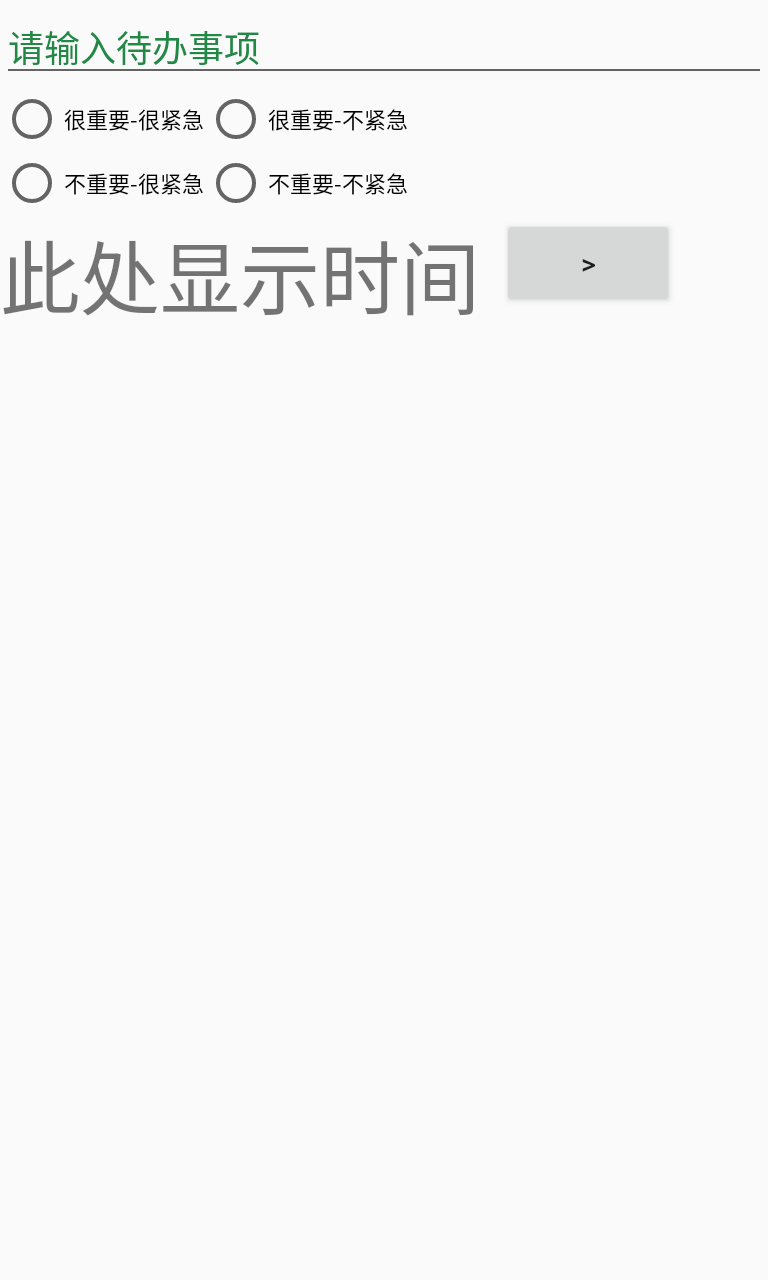
Repository: sh-zh-en/NBTodo
Layout: nbtodo/NBTodo/res/layout/addition_task_layout.xml
These files come from the project's save history. The layout is drawn as it stood at one moment and after the next save; the edit follows.
It is drawn on a 768 x 1280 px phone screen (xhdpi) without system bars, with theme AppTheme; the app's code is not run.

Above is the layout before, as saved 2015-02-12 17:41:56.

After the next save:
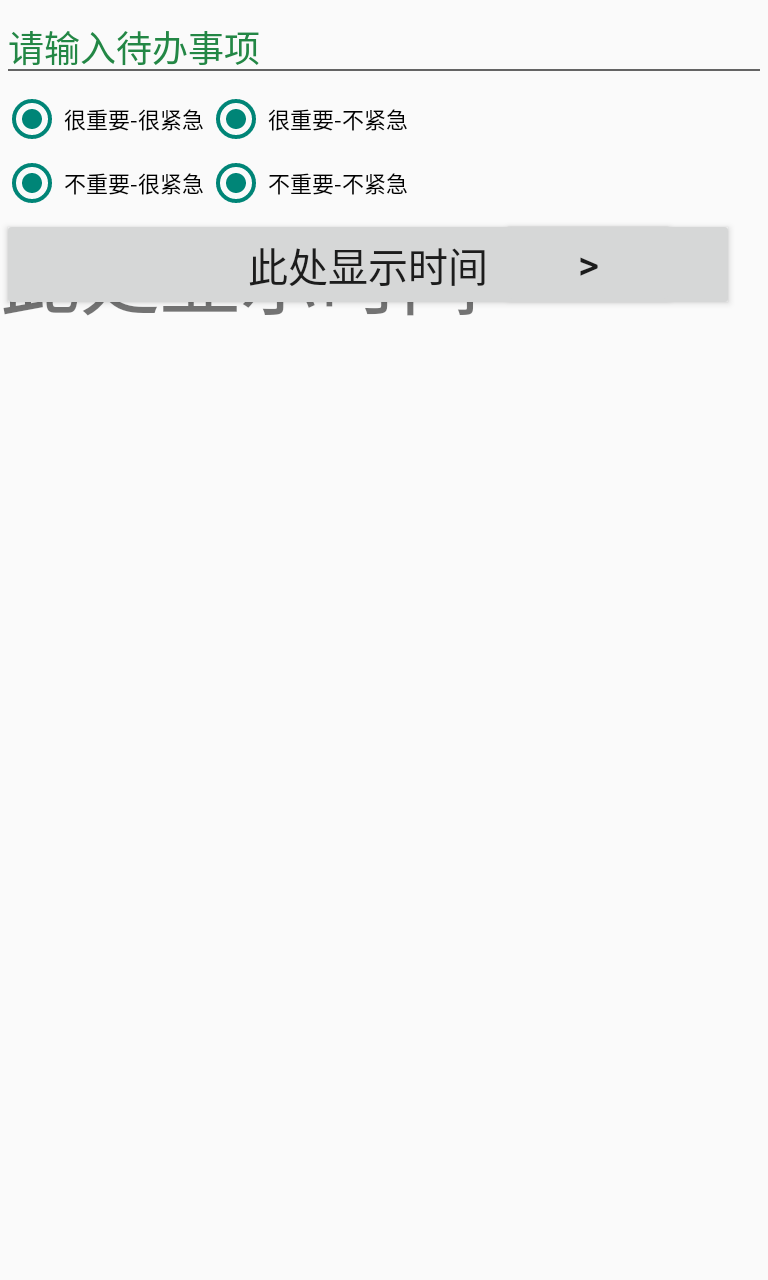
Saved 7 min 40 s later.
--- a/nbtodo/NBTodo/res/layout/addition_task_layout.xml
+++ b/nbtodo/NBTodo/res/layout/addition_task_layout.xml
@@ -33,7 +33,9 @@
 	            android:layout_weight="1"
 	            android:gravity="center"
 	            android:text="@string/addition_task_layout_radiobutton01"
-	            android:textSize="11.0sp" />
+	            android:textSize="11.0sp"
+	            android:checked="true"
+	            />
 
 	        <RadioButton
 	            android:id="@+id/radiobutton2"
@@ -42,7 +44,9 @@
 	            android:gravity="center"
 	            android:text="@string/addition_task_layout_radiobutton02"
 	            android:textColor="@android:color/black"
-	            android:textSize="11.0sp" />
+	            android:textSize="11.0sp"
+	            android:checked="true"
+	            />
 
 		</LinearLayout>
  		<LinearLayout
@@ -58,7 +62,9 @@
 	            android:gravity="center"
 	            android:text="@string/addition_task_layout_radiobutton03"
 	            android:textColor="@android:color/black"
-	            android:textSize="11.0sp" />
+	            android:textSize="11.0sp"
+	            android:checked="true"
+	             />
 
 	        <RadioButton
 	            android:id="@+id/radiobutton4"
@@ -67,7 +73,9 @@
 	            android:gravity="center"
 	            android:text="@string/addition_task_layout_radiobutton04"
 	            android:textColor="@android:color/black"
-	            android:textSize="11.0sp" />
+	            android:textSize="11.0sp"
+	            android:checked="true"
+	           />
 
 
 		</LinearLayout>
@@ -90,14 +98,20 @@
 		    android:text="@string/show_time"
 		    android:textSize="40sp"
 		     />
-
+		<Button
+		    android:id="@+id/showDate"
+		    android:layout_width="fill_parent"
+		    android:layout_height="wrap_content"
+		    android:layout_weight="1"
+		    android:text="@string/show_time"
+		    android:textSize="20sp"/>
 		<Button
 		    android:id="@+id/setDate"
 		    android:layout_width="wrap_content"
 		    android:layout_height="wrap_content"
 		    android:layout_marginLeft="250dp"
-		    android:layout_weight="1"
-		    android:text=">" />
+		    android:text=">"
+		    android:textSize="20sp"/>
 
 	    </FrameLayout>
 
